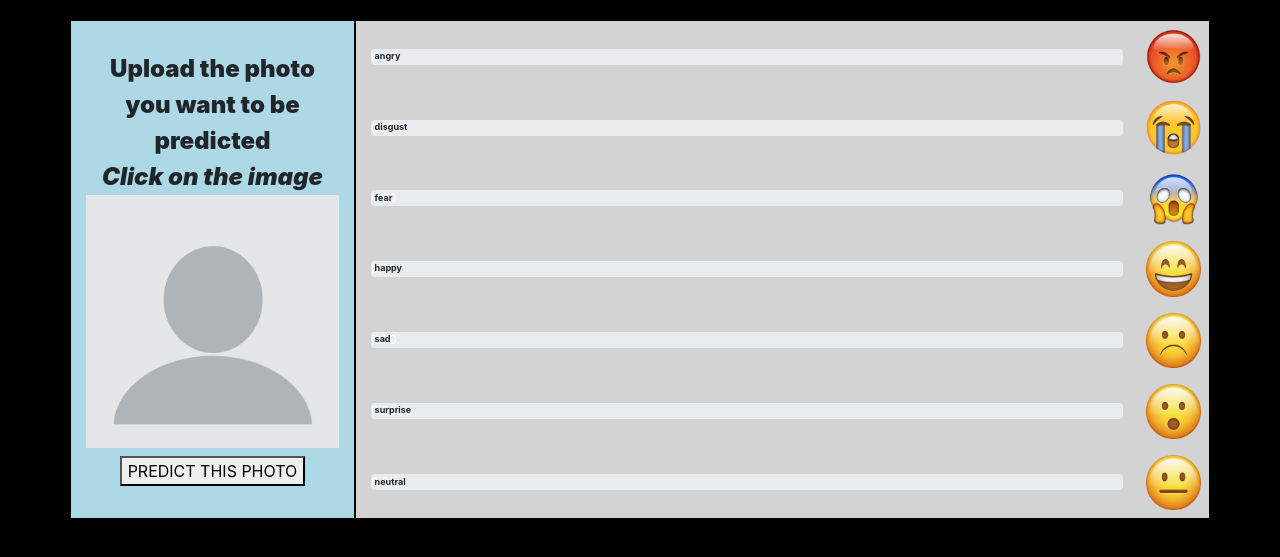
Repository: Jermaniac/TrabajoFinGradoGerman
Page: / (app in webprojectREACT/webexpresssionproject/)
The author's editor kept a copy of each file at every save. The page is drawn from the files as they stood at one save, then again after the next save.
The browser window is 1280 px wide. The pictures show the whole page.
The project was rebuilt for these pictures with package versions that can differ from the ones it lists, and the page was loaded fresh each time.

Above is the page before, as saved 2021-05-05 13:27:39.

After the next save:
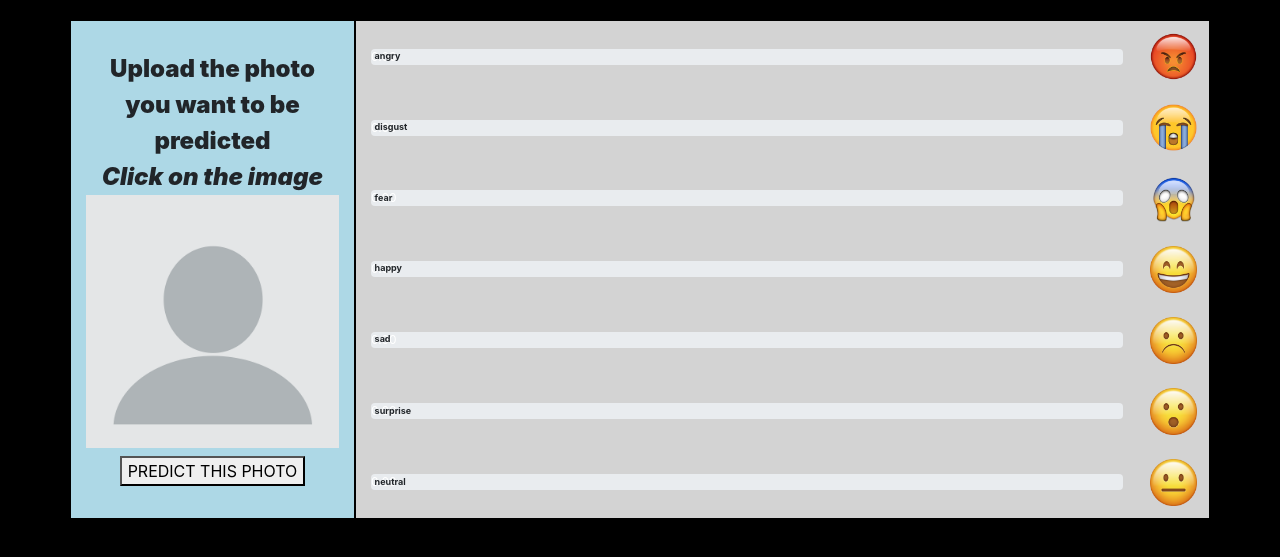
Saved 37 s later.
--- a/webprojectREACT/webexpresssionproject/src/styles/InfoComponent.css
+++ b/webprojectREACT/webexpresssionproject/src/styles/InfoComponent.css
@@ -6,7 +6,7 @@
 }
 
 #imageEmoji {
-    padding: 8px;
+    padding: 12px;
 }
 
 #info {
